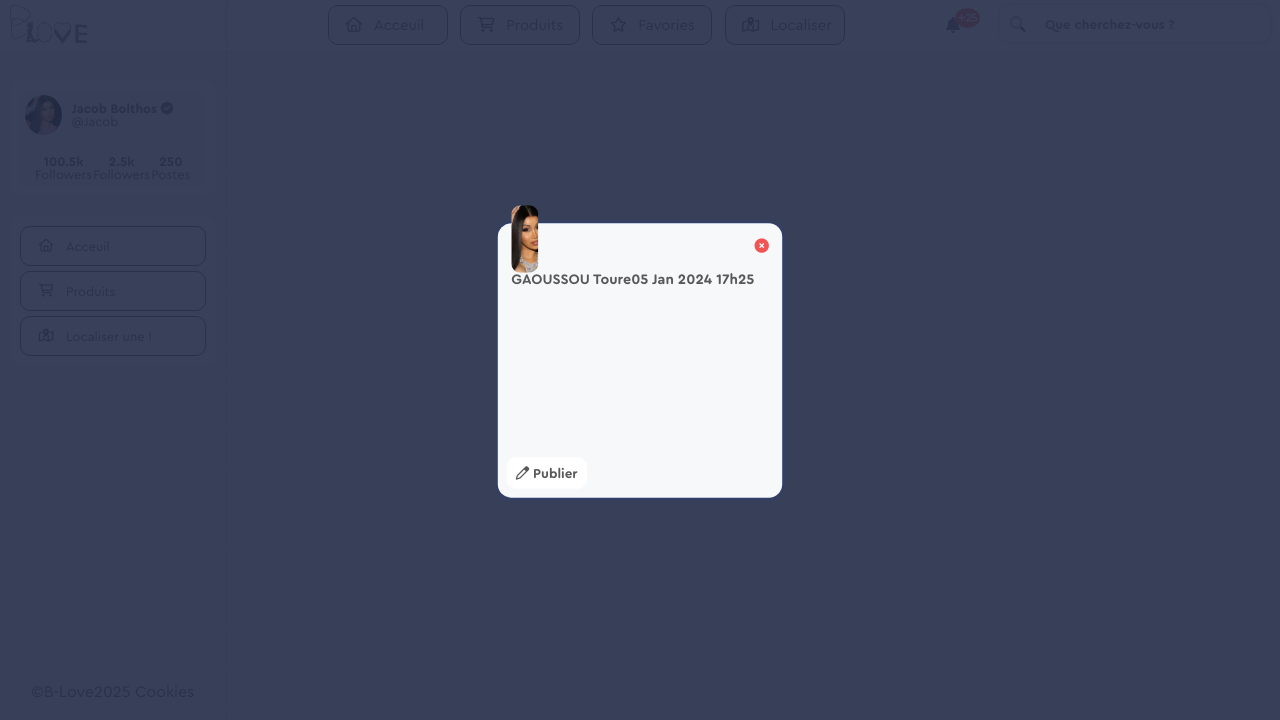
Repository: moomoony-log/b-love
Page: /home
An editor plug-in stored every save of this project. The page is shown before and after the next save, followed by the edit.
The browser window is 1280 px wide. The pictures show the whole page.
The project was rebuilt for these pictures with package versions that can differ from the ones it lists, and the page was loaded fresh each time. Also part of the build but not shown: vite.config.ts, src/rules/legacy.tsx, src/rules/privacy.tsx, src/components/basic/notification.tsx, src/view/auth.tsx, src/view/main/acceuil.tsx, src/view/main/dashbord.tsx, src/view/main/info-account.tsx and 3 more.

Above is the page before, as saved 2025-10-14 19:08:14.

After the next save:
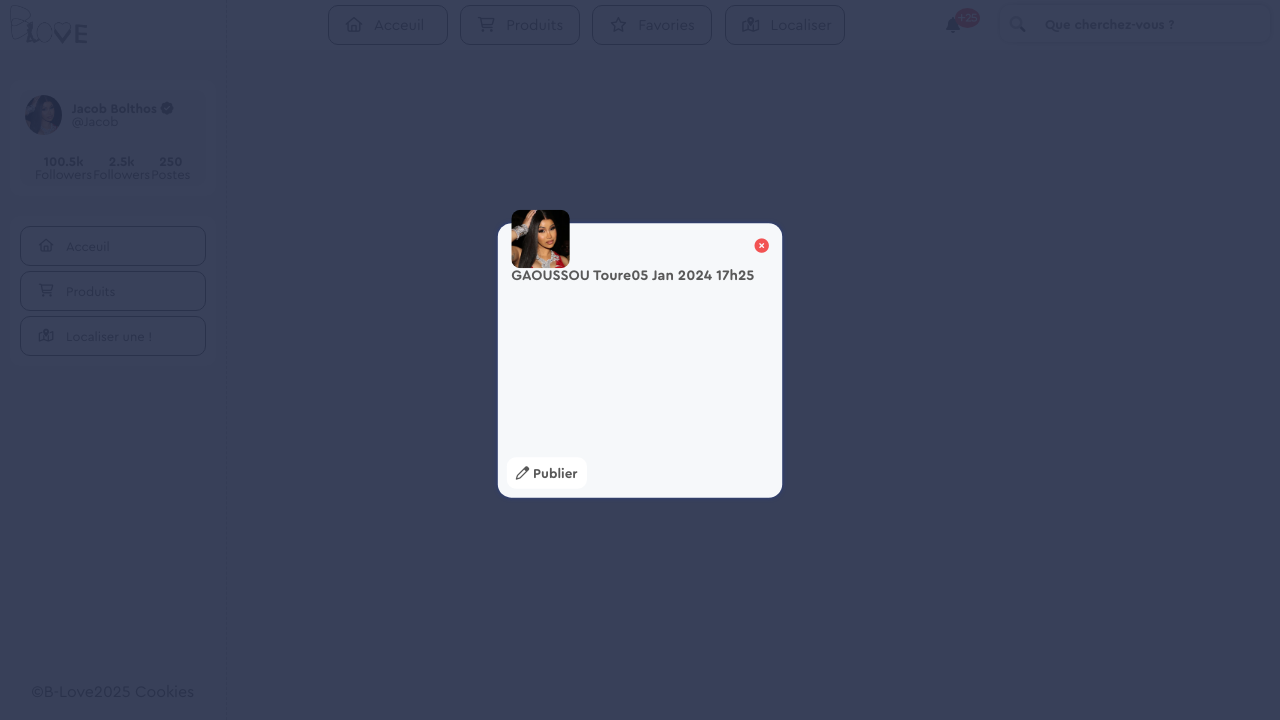
Saved 9 s later.
--- a/public/css/component/img.css
+++ b/public/css/component/img.css
@@ -47,8 +47,8 @@
     border-radius: 50%;
 }
 .cont-account-img[data-name="pub-item"]{
-    height: 75px;
-    width: 30px;
+    height: 65px;
+    width: 65px;
     border-radius: 10px;
 }
 .cont-account-img[data-name="publication"]{
